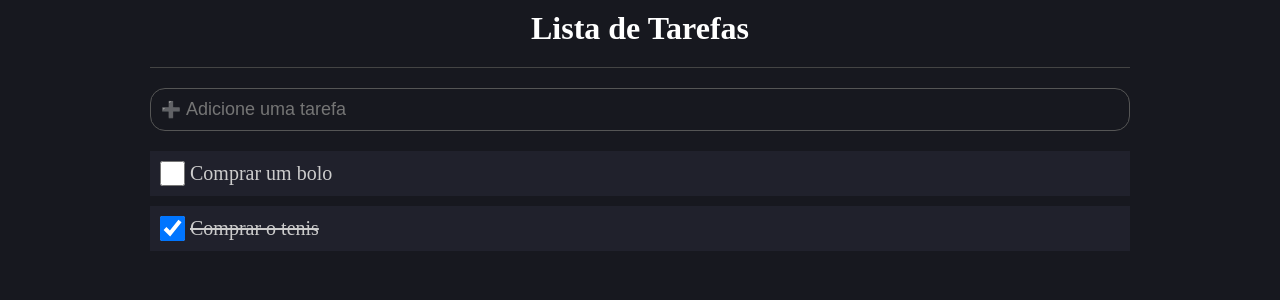
Repository: Wink07/lista-tarefas
Page: /
These files come from the project's save history. The page is drawn as it stood at one moment and after the next save; the edit follows.
The browser window is 1280 px wide. The pictures show the whole page.
The project was rebuilt for these pictures with package versions that can differ from the ones it lists, and the page was loaded fresh each time. Also part of the build but not shown: vite.config.ts.

Above is the page before, as saved 2022-05-10 20:41:42.

### src/main.tsx
import React from 'react'
import ReactDOM from 'react-dom/client'
import { App } from './App'


ReactDOM.createRoot(document.getElementById('root')!).render(
  <React.StrictMode>
    <App />
  </React.StrictMode>
)

### src/App.tsx
import * as C from "./App.styles"
import './global.css'
import { useState } from "react"
import { Item } from './types/Item'
import { ListItem } from './components/ListItem';
import { AddArea } from "./components/AddArea";

export const App = () => {
  const [list, setList] = useState<Item[]>( [
    { id: 1, name: 'Comprar um bolo', done: false},
    { id: 2, name: 'Comprar o tenis', done: true},
  ]);

  function handleAddTask(taskName: string) {
    let newList = [...list];
    newList.push({
      id: list.length + 1,
      name: taskName,
      done: false,
    });
    setList(newList);
  }

  const handleTaskChange = (id: number, done: boolean) => {
    let newList = [...list];
    for(let i in newList) {
      if(newList[i].id === id) {
        newList[i].done = done;
      }
    }
    setList(newList);
  }


  return (
    <C.Container>
      <C.Area>
        <C.Header>Lista de Tarefas</C.Header>

          <AddArea  onEnter={handleAddTask}/>

          {list.map((item, index) => (
            <ListItem
              key={index}
              item={item}
              onChange={handleTaskChange}
            />
          ))}

      </C.Area>
    </C.Container>
  )
}

### src/App.styles.ts
import styled from 'styled-components';


export const Container = styled.div`
    background-color: #17181F;
    color:#797A81;
    min-height: 100vh;
`;

export const Area = styled.div`
    margin: auto;
    max-width: 980px;
    padding: 10px;
`;

export const Header = styled.h1`
    margin: 0;
    padding: 0;
    color: #FFF;
    text-align: center;
    border-bottom: 1px solid #444;
    padding-bottom: 20px;
`;

### src/components/ListItem/index.tsx
import * as C from './styles'
import { Item } from '../../types/Item';
import { useState } from 'react';

type Props = {
    item: Item
}


export const ListItem = ({item }: Props) => {
    const [isChecked, setIsChecked] = useState(item.done)

    return (
        <C.Container done={isChecked}>
            <input
                type="checkbox"
                checked={isChecked}
                onChange={e => setIsChecked(e.target.checked)}
            />
            <label>{item.name}</label>
        </C.Container>
    )
}

### src/components/AddArea/index.tsx
import { useState, KeyboardEvent } from 'react'
import * as C from './styles'

type Props = {
    onEnter: (taskName: string) => void,
}

export const AddArea = ({ onEnter }: Props) => {
    const [inputText, setInputText] = useState('');

    function handleKeyUp(e: KeyboardEvent) {
        if(e.code === 'Enter' && inputText !== '') {
            onEnter(inputText);
            setInputText('')
        }
    }

    return (
        <C.Container>
            <div className="image">➕</div>
            <input
                type="text"
                placeholder='Adicione uma tarefa'
                value={inputText}
                onChange={e => setInputText(e.target.value)}
                onKeyUp={handleKeyUp}
            />
        </C.Container>
    )
}

### src/components/ListItem/styles.ts
import styled from 'styled-components'

type ContainerPros = {
    done: boolean
}

export const Container = styled.div(({ done }: ContainerPros) => (
    `
    display: flex;
    background-color: #20212C;
    padding: 10px;
    boder-radius: 10px;
    margin-bottom: 10px;
    align-items: center;

    input {
        width: 25px;
        height: 25px;
        margin-right: 5px;
    }

    label {
        color: #CCC;
        font-size: 20px;
        text-decoration: ${done ? 'line-through' : 'initial'};
    }
`
));

### src/components/AddArea/styles.ts
import styled  from 'styled-components';

export const Container = styled.div`
    border: 1px solid #555;
    border-radius: 15px;
    padding: 10px;
    margin: 20px 0;
    display: flex;
    align-items: center;


    .image {
        margin-right: 5px;
    }

    input {
        border: 0;
        background: transparent;
        outline: 0;
        color: #FFF;
        font-size: 18px;
        flex: 1;
    }
`;

Loaded but not shown: index.html (common file); src/global.css (common file)

After the next save:
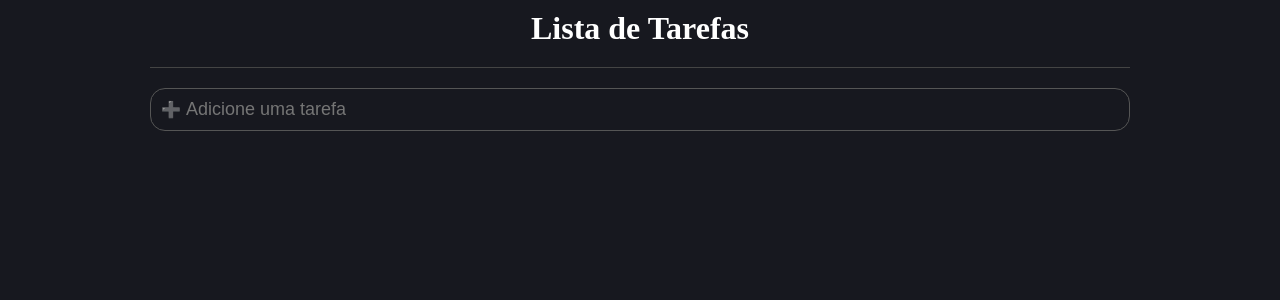
Saved 22 s later.
--- a/src/App.tsx
+++ b/src/App.tsx
@@ -7,8 +7,7 @@ import { AddArea } from "./components/AddArea";
 
 export const App = () => {
   const [list, setList] = useState<Item[]>( [
-    { id: 1, name: 'Comprar um bolo', done: false},
-    { id: 2, name: 'Comprar o tenis', done: true},
+
   ]);
 
   function handleAddTask(taskName: string) {
